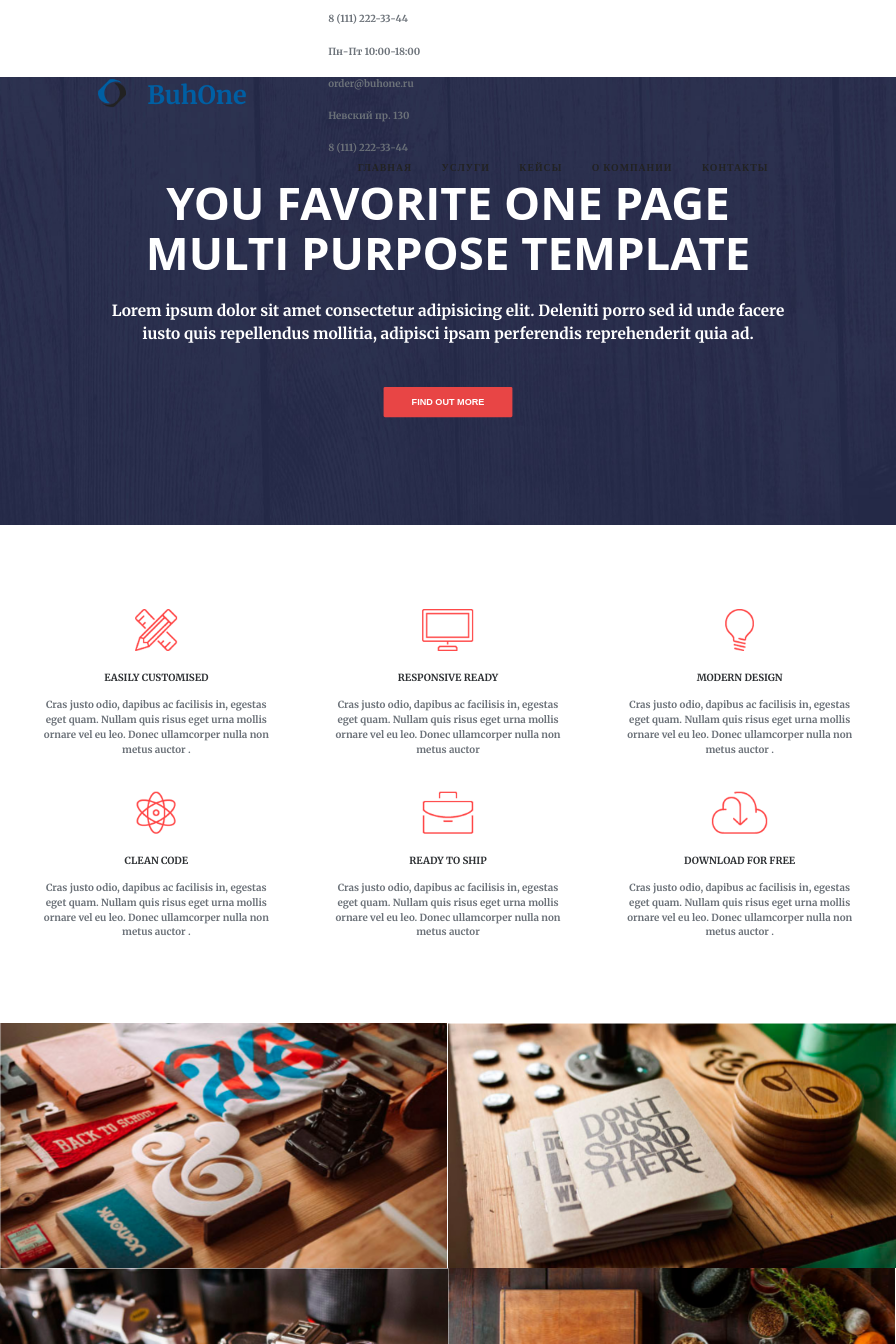
Repository: ZetsubouBilly/test
Page: index.html
The author's editor kept a copy of each file at every save. The page is drawn from the files as they stood at one save, then again after the next save.
The browser window is 1280 px wide. The pictures show the part of the page from y = 0 to 1920 px (the page is 4929 px tall), at 70% of full size.

Above is the page before, as saved 2023-05-13 12:35:41.

After the next save:
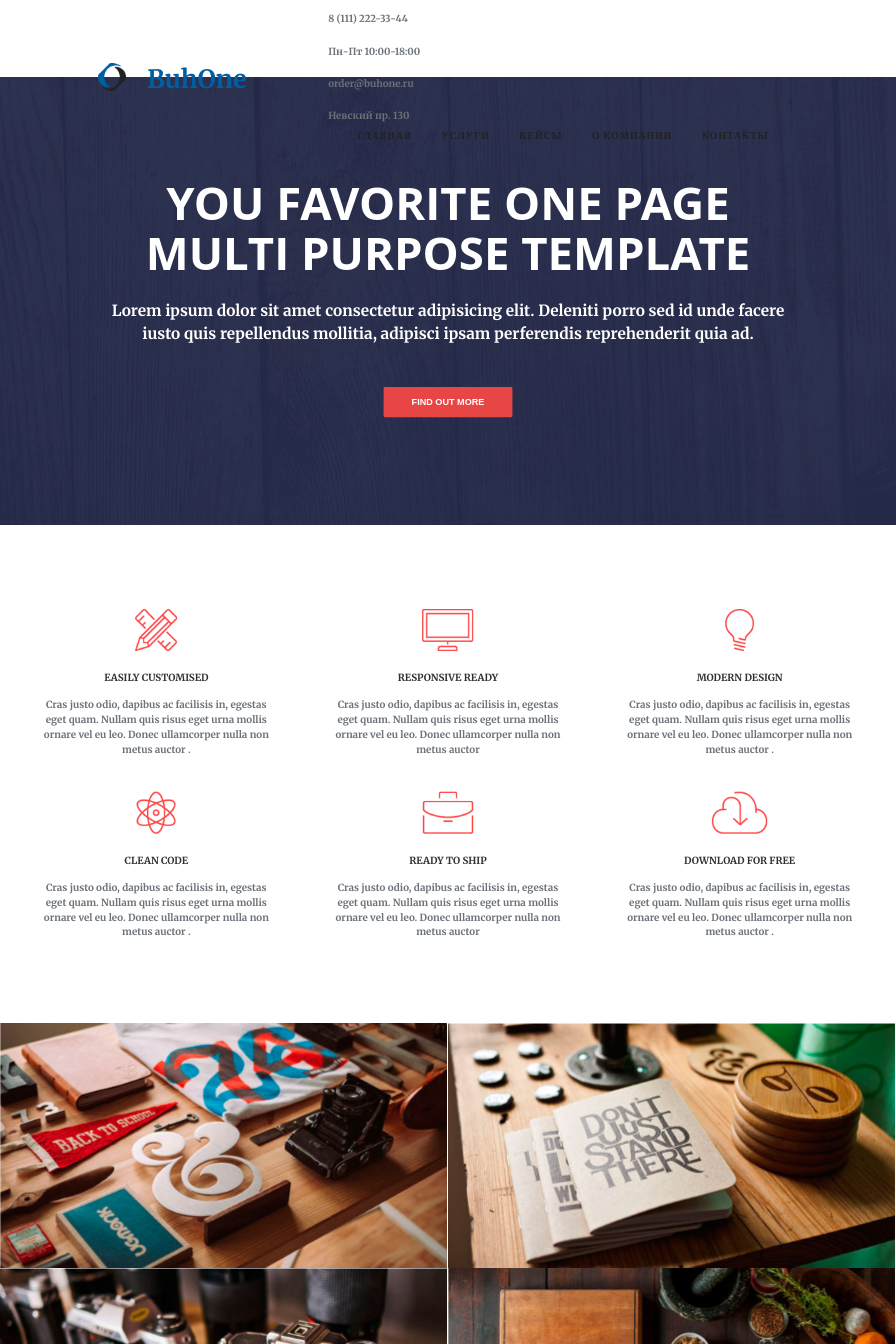
Saved 9 s later.
--- a/index.html
+++ b/index.html
@@ -55,11 +55,7 @@
                             <p class="line_info_text">Невский пр. 130</p>
 
                         </div>
-                        <div class="top-line_info">
-                            <img class="top-line_info_img" src="" alt="">
-                            <p class="line_info_text">8 (111) 222-33-44</p>
-
-                        </div>
+
                     </div>
                     <nav class="nav" id="nav">
                         <a class="nav__link" href="#" data-scroll="#features">Главная</a>
